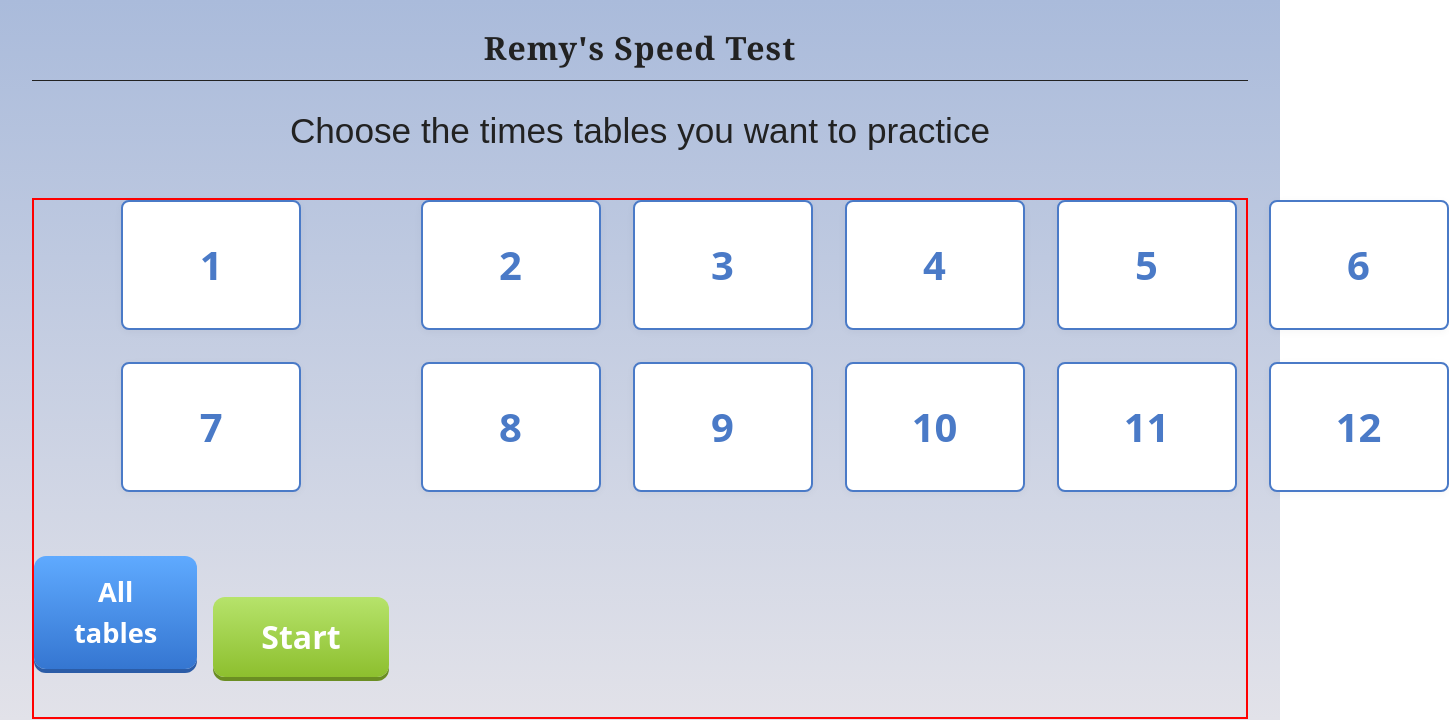
Repository: Chinurum-Omenuko/remys-speed-test
Page: / (app in app/)
An editor plug-in stored every save of this project. The page is shown before and after the next save, followed by the edit.
The browser window is 1280 px wide. The page is 1449 px wide, so the pictures cover 1449 px, including what lies to the right of the window. The pictures show the whole page.
The project was rebuilt for these pictures with package versions that can differ from the ones it lists, and the page was loaded fresh each time. The framework's server and built-in components were replaced by stand-ins that run in the browser. Also part of the build but not shown: app/svelte.config.js, app/vite.config.ts.

Above is the page before, as saved 2025-11-17 10:53:24.

After the next save:
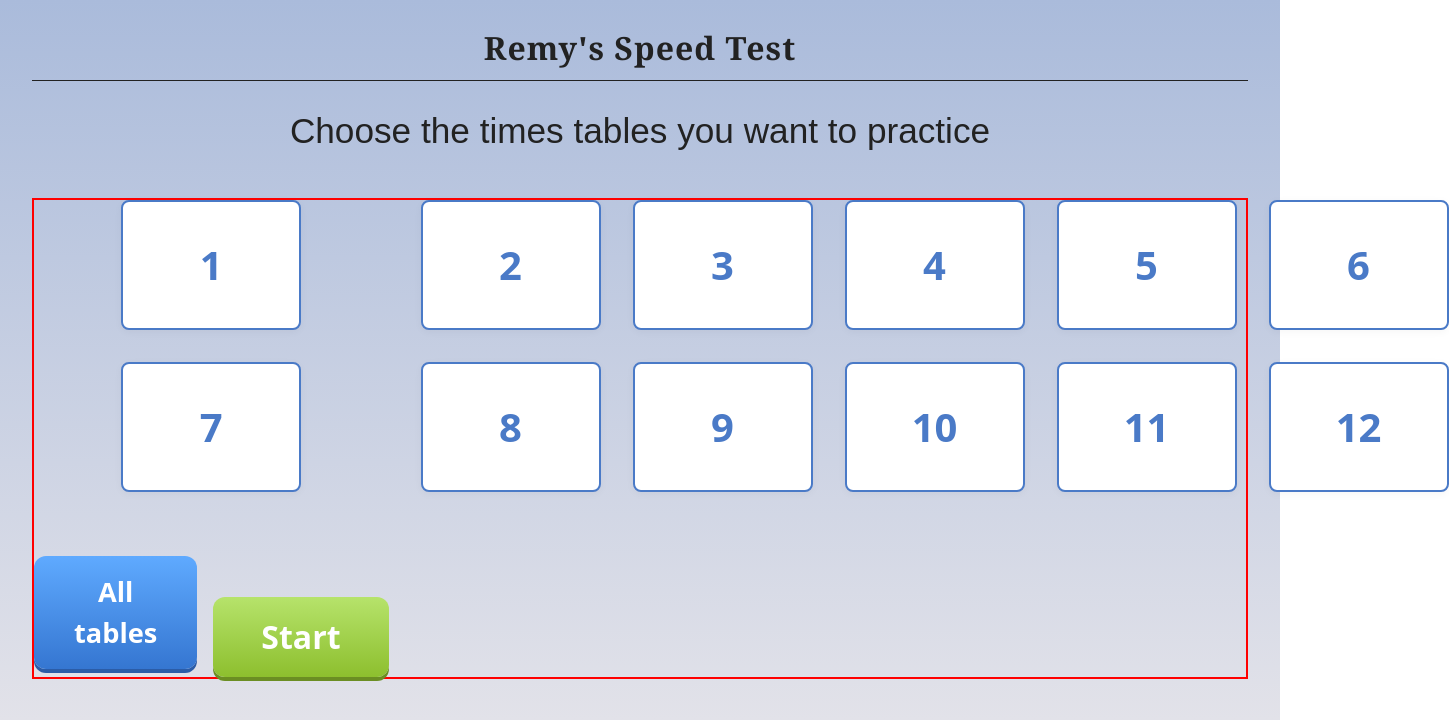
Saved 7 s later.
--- a/app/src/routes/+page.svelte
+++ b/app/src/routes/+page.svelte
@@ -107,7 +107,7 @@
 		display: grid;
 		grid-template-columns: repeat(6, 1fr);
 		gap: 2rem;
-		margin: 0 auto 2.5rem auto;
+		/* margin: 0 auto 2.5rem auto; */
 
 	}
 	.table-btn {
